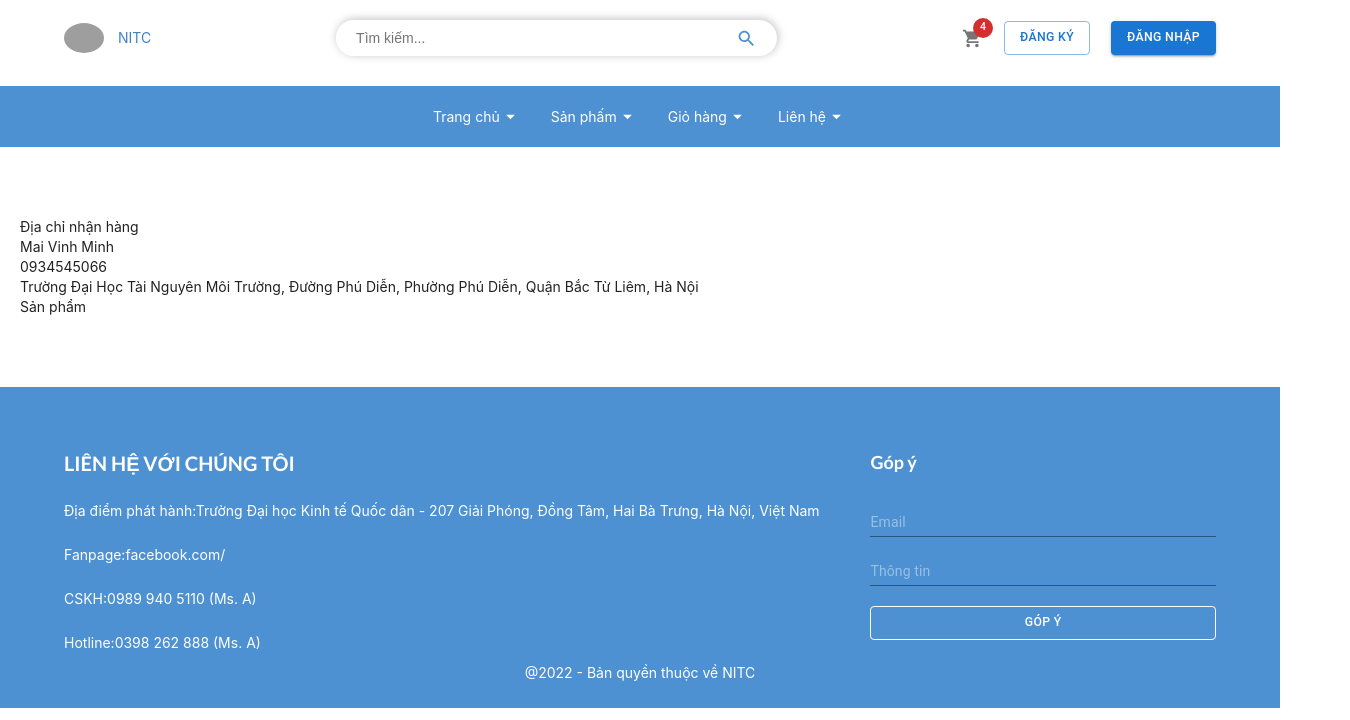
Repository: kohuyso/NEU-Market
Page: /payment (app in client/)
An editor plug-in stored every save of this project. The page is shown before and after the next save, followed by the edit.
The browser window is 1280 px wide. The page is 1300 px wide, then 1350 px, so the pictures cover 1350 px, including what lies to the right of the window. The pictures show the whole page.
Pictures or frames that could not be fetched are drawn as grey boxes. The project was rebuilt for these pictures with package versions that can differ from the ones it lists, and the page was loaded fresh each time. Also part of the build but not shown: client/src/components/Cart/Cart.css, client/src/components/Cart/Items.jsx, client/src/components/Cart/Carts.jsx, client/src/components/Cart/Cart.js, client/src/components/Home/Home.css, client/src/components/Item/Item.css, client/src/components/Item/Item.jsx, client/src/components/Home/HotDeals.jsx and 70 more.

Above is the page before, as saved 2023-02-11 17:18:27.

### client/src/index.js
import React from 'react';
import ReactDOM from 'react-dom/client';
import './index.css';
import App from './App';
import reportWebVitals from './reportWebVitals';
import { BrowserRouter } from "react-router-dom";
import store from './redux/store';
import { Provider } from 'react-redux'

const root = ReactDOM.createRoot(document.getElementById('root'));
root.render(
  <Provider store={store}>
    <BrowserRouter>
      <App />
    </BrowserRouter>
  </Provider>

);

reportWebVitals();

### client/src/index.css
* {
  font-family: system-ui, -apple-system, BlinkMacSystemFont, "Segoe UI", Roboto,
    Oxygen, Ubuntu, Cantarell, "Open Sans", "Helvetica Neue", sans-serif;
  box-sizing: border-box;
  margin: 0;
  font-family: -apple-system, BlinkMacSystemFont, "Segoe UI", "Roboto", "Oxygen",
    "Ubuntu", "Cantarell", "Fira Sans", "Droid Sans", "Helvetica Neue",
    sans-serif;
  -webkit-font-smoothing: antialiased;
  -moz-osx-font-smoothing: grayscale;
}

code {
  font-family: source-code-pro, Menlo, Monaco, Consolas, "Courier New",
    monospace;
}

:root {
  --main-color: #4d91d2;
}

a {
  text-decoration: none;
  color: var(--main-color);
}

ul {
  list-style: none;
}

img {
  width: 100%;
  height: 100%;
}

input {
  outline: none;
  border: none;
}

### client/src/App.js
import { Route, Switch } from "react-router-dom";
import "./App.css";
import Cart from "./components/Cart/Cart";
import Home from "./components/Home/Home";
import Login from "./components/Login/Login";
import Signup from "./components/Signup/Signup";
import Profile from "./components/Profile/Profile";
import SignupDetails from "./components/SingupDetails/SignupDetails";
import PrivateRoute from "./PrivateRoute";
import { AuthProvider } from "./contexts/AuthContext";
import EditProduct from "./components/editProduct/EditProduct";
import { Provider } from "react-redux";
import store from "./redux/store";
import Search from "./components/Search/Search";
import SellProduct from "./components/SellProduct/SellProduct";
import Shop from "./components/Shop/Shop";
import Payment from "./components/Payment/Payment";

function App() {
  return (
    <div className="App">
      <AuthProvider>
        <Provider store={store}>
          <Switch>
            <Route path="/login" component={Login} />
            <Route path="/signup" component={Signup} />
            <PrivateRoute exact path="/" component={Home} />
            <Route path="/search" component={Search} />
            <Route path="/product" component={EditProduct} />
            <Route path="/cart" component={Cart} />
            <Route path="/profile" component={Profile} />
            <Route path="/signup-details" component={SignupDetails} />
            <Route path="/sell" component={SellProduct} />
            <Route path="/shop" component={Shop} />
            <Route path="/payment" component={Payment} />
          </Switch>
        </Provider>
      </AuthProvider>
    </div>
  );
}

export default App;

### client/src/redux/store.js
import { configureStore } from "@reduxjs/toolkit";
import sliceReview from "../components/SellProduct/Body/DetalProduct/Review/ReviewComment/reviewCommentSlice";
import counterSlice from "../components/SellProduct/counter/counterSlice";
import cartSlice from "./reducers/cartSlice";
import productSlice from "./reducers/productSlice";
import userSlice from "./reducers/userSlice";

export default configureStore({
  reducer: {
    product: productSlice,
    user: userSlice,
    cart: cartSlice,
    counter: counterSlice,
    selectReview: sliceReview
  },
});

### client/src/contexts/AuthContext.js
import React, { useContext, useState, useEffect } from "react";
import { auth } from "../firebase";

const AuthContext = React.createContext();

export function useAuth() {
  return useContext(AuthContext);
}

export function AuthProvider({ children }) {
  const [currentUser, setCurrentUser] = useState();
  const [loading, setLoading] = useState(true);

  function signup(email, password) {
    return auth.createUserWithEmailAndPassword(email, password);
  }

  function login(email, password) {
    return auth.signInWithEmailAndPassword(email, password);
  }

  function logout() {
    return auth.signOut();
  }

  function resetPassword(email) {
    return auth.sendPasswordResetEmail(email);
  }

  function updateEmail(email) {
    return currentUser.updateEmail(email);
  }

  function reauthenticateWithCredential(user, credential) {
    return currentUser.reauthenticateWithCredential(user, credential);
  }

  function updatePassword(password) {
    return currentUser.updatePassword(password);
  }

  useEffect(() => {
    const unsubscribe = auth.onAuthStateChanged((user) => {
      setCurrentUser(user);
      setLoading(false);
    });

    return unsubscribe;
  }, []);

  const value = {
    currentUser,
    login,
    signup,
    logout,
    resetPassword,
    updateEmail,
    updatePassword,
    reauthenticateWithCredential
  };

  return (
    <AuthContext.Provider value={value}>
      {!loading && children}
    </AuthContext.Provider>
  );
}

### client/src/components/Payment/Payment.jsx
import React from 'react';
import "./Payment.css";
import Header from "../Header/Header";
import Footer from "../Footer/Footer";

export default function Payment() {
  return (
    <div className='payment-container'>
			<Header/>
			<div className='payment-wrapper'>
				<div className="address-item">
					<div className='address-item-title'>
						Địa chỉ nhận hàng
					</div>
					<div className="address-group">
						<div className="name">Mai Vinh Minh</div>
						<div className="phoneNumber">0934545066</div>
					</div>
					<div className="address-detail">Trường Đại Học Tài Nguyên Môi Trường, Đường Phú Diễn, Phường Phú Diễn, Quận Bắc Từ Liêm, Hà Nội</div>
				</div>

				<div className='payment-products'>
					<div className='payment-product-title'>
						Sản phẩm
					</div>
					<div className='payment-product'>
					</div>
					<div className='payment-product'></div>
				</div>
			</div>
			<Footer/>
    </div>
  )
}

### client/src/components/SellProduct/Body/DetalProduct/Review/ReviewComment/reviewCommentSlice.js
import { createSlice } from "@reduxjs/toolkit";

export const sliceReview = createSlice({
  name: "selectReview",
  initialState: {
    value: 0,
  },
  reducers: {
    allReview: (state) => {
      console.log(state);
      state.value = 0;
    },
    point5: (state) => {
      console.log(state);
      state.value = 5;
    },
    point4: (state) => {
      state.value = 4;
    },
    point3: (state) => {
      console.log(state);
      state.value = 3;
    },
    point2: (state) => {
      if (state.value > 1) {
        state.value = 2;
      }
    },
    point1: (state) => {
      console.log(state);
      state.value = 1;
    },
    isImage: (state) => {
      state.value = 6;
    },
  },
});

export const { point1, point2, point3, point4, point5, isImage, allReview } =
  sliceReview.actions;

export const selectReviewa = (state) => state.selectReview.value;

export default sliceReview.reducer;

### client/src/components/SellProduct/counter/counterSlice.js
import { createSlice } from "@reduxjs/toolkit";

export const slice = createSlice({
  name: "counter",
  initialState: {
    value: 1,
  },
  reducers: {
    increment: (state) => {
      console.log(state);
      state.value += 1;
    },
    decrement: (state) => {
      if (state.value > 1) {
        state.value -= 1;
      }
    },
  },
});

export const { increment, decrement } = slice.actions;

export const selectCount = (state) => state.counter.value;

export default slice.reducer;

### client/src/redux/reducers/cartSlice.js
import { createSlice } from "@reduxjs/toolkit";

const initialState = {
  list: [],
  total: 0,
};

export const cartSlice = createSlice({
  name: "cart",
  initialState,
  reducers: {
    addToCart: (state, action) => {
      // Check id
      const item = state.list.find((item, index)=> item.id === action.payload.id);
      if (item) {
        item.quantity += action.payload.quantity;
      }  else {
        state.list.push(action.payload)
      }

    },
    deleteItem: (state, action) => {
      // id
      state.list = state.list.filter(
        (item, index) => item.id !== action.payload.id
      );
    },
    increaseQuantity: (state, action) => {
      // id
      const item = state.list.find((item, index)=> item.id === action.payload.id);
      if (item) {
        item.quantity++;
      }
    },

    decreaseQuantity: (state, action) => {
      const item = state.list.find((item, index)=> item.id === action.payload.id);
      if (item.quantity === 1) {
        item.quantity = 1
      } else {
        item.quantity--;
      }
    },

    toggleItemActive: (state, action) => {
      // 1 item
      const item = state.list.find((item, index)=> item.id === action.payload.id);
      if (item) {
        item.active = !item.active;
      }
    },

    setAllActive: (state, action) => {
      // All item
      const list = state.list.map((item, index)=> ({
        ...item,
        active: true
      }))
      state.list = list;
    },

    setAllNotActive: (state, action) => {
      const list = state.list.map((item, index)=> ({
        ...item,
        active: false
      }))
      state.list = list;
    },

    calcTotal: (state, action) => {
      let total = 0;
      const list = state.list.filter((item, index) => item.active)
      list.forEach(element => {
        total += element.quantity * element.price;
      });

      state.total = total;
    }
  },
});

export const { addToCart, increaseQuantity, decreaseQuantity, deleteItem, toggleItemActive,
  setAllActive, setAllNotActive, calcTotal
} =  cartSlice.actions;

export const selectCart = (state) => state.cart.list;
export const selectTotalCart = (state) => state.cart.total;

export default cartSlice.reducer;

### client/src/redux/reducers/productSlice.js
import { createSlice } from '@reduxjs/toolkit';
import Storage from '../../tools/Storage';

export const productSlice = createSlice({
  name: 'product',
  initialState: {
    product: Storage.getData('product') ?? null
  },
  reducers: {
    addProduct: (state, action) => {
      Storage.setData('product', action.payload);
      state = { ...action.payload };
    },
  }
})

export const { addProduct } = productSlice.actions

export default productSlice.reducer

### client/src/redux/reducers/userSlice.js
import { createSlice } from '@reduxjs/toolkit';
import Storage from '../../tools/Storage';

export const userSlice = createSlice({
  name: 'user',
  initialState: {
    user: Storage.getData('user') ?? null
  },
  reducers: {
    addUser: (state, action) => {
      Storage.setData('user', action.payload);
      state = { ...action.payload };
    },
    removeUser: (state) => {
      Storage.removeData('user');
      state.user = null;
    },
    addAddress: (state, action) => {
      const user = Storage.getData('user');
      user.address.push(action.payload);
      Storage.setData('user', user);
      state = { ...user };
    }
  }
})

export const { addUser, removeUser, addAddress } = userSlice.actions

export default userSlice.reducer

### client/src/components/Header/Header.jsx
import React from "react";
import "./Header.css";
import { Badge, Button } from "@mui/material";
import ShoppingCartIcon from "@mui/icons-material/ShoppingCart";
import SearchIcon from "@mui/icons-material/Search";
import ArrowDropDownIcon from "@mui/icons-material/ArrowDropDown";

const Header = () => {
  return (
    <header className="header">
      <div className="header_top">
        <div className="header_logo">
          <img
            src="https://scontent.fhan2-1.fna.fbcdn.net/v/t39.30808-6/306140258_464597212382159_2245929625838983859_n.jpg?_nc_cat=106&ccb=1-7&_nc_sid=174925&_nc_ohc=RtrkM7sGT10AX88BgKu&_nc_ht=scontent.fhan2-1.fna&oh=00_AfBi6TilxVyrOeCFkT99bnKUr3m843CdPEVPrQ-5nVAswg&oe=637A0E63"
            alt=""
          />
          <a href="/">NITC</a>
        </div>
        <div className="header_search">
          <input type="text" placeholder="Tìm kiếm..." />
          <SearchIcon sx={{ color: "var(--main-color)" }} />
        </div>
        <div className="header_option">
          <Badge badgeContent={4} color="error">
            <ShoppingCartIcon color="action" />
          </Badge>
          <Button variant="outlined">Đăng ký</Button>
          <Button variant="contained">Đăng nhập</Button>
        </div>
      </div>
      <div className="header_bottom">
        <ul className="header_list_option">
          <li className="header_item_option">
            <a href="/">Trang chủ</a>
            <ArrowDropDownIcon />
          </li>
          <li className="header_item_option">
            <a href="/">Sản phấm</a>
            <ArrowDropDownIcon />
          </li>
          <li className="header_item_option">
            <a href="/">Giỏ hàng</a>
            <ArrowDropDownIcon />
          </li>
          <li className="header_item_option">
            <a href="/">Liên hệ</a>
            <ArrowDropDownIcon />
          </li>
        </ul>
      </div>
    </header>
  );
};

export default Header;

### client/src/components/Footer/Footer.jsx
import React from "react";
import "./Footer.css";
import { Button, Input } from "@mui/material";

const Footer = () => {
  return (
    <footer className="footer">
      <div className="footer_top">
        <div className="footer_place">
          <h3>LIÊN HỆ VỚI CHÚNG TÔI</h3>
          <p>
            <span>Địa điểm phát hành:</span>
            Trường Đại học Kinh tế Quốc dân - 207 Giải Phóng, Đồng Tâm, Hai Bà
            Trưng, Hà Nội, Việt Nam
          </p>
          <p>
            <span>Fanpage:</span>
            facebook.com/
          </p>
          <p>
            <span>CSKH:</span>
            0989 940 5110 (Ms. A)
          </p>
          <p>
            <span>Hotline:</span>
            0398 262 888 (Ms. A)
          </p>
        </div>
        <div className="footer_contact">
          <h3>Góp ý</h3>
          <Input placeholder="Email" />
          <Input placeholder="Thông tin" />
          <Button variant="outlined">Góp ý</Button>
        </div>
      </div>
      <div className="footer_bottom">
        <p className="footer_copyright">@2022 - Bản quyền thuộc về NITC</p>
      </div>
    </footer>
  );
};

export default Footer;

### client/src/firebase.js
import firebase from "firebase/compat/app";
import "firebase/compat/auth";

const app = firebase.initializeApp({
    apiKey: "AIzaSyAS7F1rSRnwXT7Ymv-TBV8PNClnqo-98xA",
    authDomain: "auth-neu-market.firebaseapp.com",
    projectId: "auth-neu-market",
    storageBucket: "auth-neu-market.appspot.com",
    messagingSenderId: "766666736547",
    appId: "1:766666736547:web:e31acc11be94a942591016"
})

export default app;
export const auth = app.auth()

### client/src/components/Payment/Payment.css
.payment-container {
    width: 100%;
    display: flex;
    flex-direction: column;
}
.payment-container .payment-wrapper {
    width: 100%;
    display: flex;
    flex-direction: column;
    margin: 70px 20px;
}

### client/src/tools/Storage.js
const getData = (key) => {
	try {
		const item = localStorage.getItem(key);
		return item ? JSON.parse(item) : null;
	} catch (error) {
		return null;
	}
};

const setData = (key, value) => {
	try {
		if (value) {
			localStorage.setItem(key, JSON.stringify(value));
			return true;
		}
		return false;
	} catch (error) {
		return false;
	}
};

const removeData = (key) => {
	try {
		localStorage.removeItem(key);
		return true;
	} catch (error) {
		return false;
	}
};

const Storage = {
	getData,
	setData,
	removeData,
};

export default Storage;

### client/src/components/Header/Header.css
.header {
  /* position: fixed; */
  width: 100%;
  display: flex;
  flex-direction: column;
  gap: 30px;

  background-color: #fff;
}

.header_top {
  width: 100%;
  display: flex;
  padding: 20px 5% 0 5%;
  align-items: center;
  justify-content: space-between;
}

.header_logo {
  display: flex;
  align-items: center;
  gap: 1rem;
}

.header_logo span {
  font-size: 30px;
  font-weight: bold;
}

.header_logo img {
  width: 40px;
  border-radius: 50%;
}

.header_search {
  padding-right: 20px;
  display: flex;
  align-items: center;
  justify-content: space-between;
  border-radius: 40px;
  background-color: white;
  overflow: hidden;
  box-shadow: 1px -1px 9px rgba(0, 0, 0, 0.25);
}

.header_search input {
  padding: 10px 20px;
  width: 400px;
}

.header_option {
  display: flex;
  align-items: center;
  gap: 1.5rem;
}

.header_bottom {
  display: flex;
  align-items: center;
  justify-content: center;
  background-color: var(--main-color);
}

.header_list_option {
  padding: 20px 5%;
  display: flex;
  align-items: center;
  gap: 30px;
}

.header_list_option a,
.header_item_option {
  color: white;
}

.header_item_option {
  display: flex;
  align-items: center;
}

### client/src/components/Footer/Footer.css
.footer {
  padding: 5% 5% 2% 5%;
  background-color: var(--main-color);
  display: flex;
  flex-direction: column;
  color: white;
  gap: 10px;
  width: 100%;
}

.footer_top {
  display: flex;
  gap: 20px;
  justify-content: space-between;
}

.footer_place {
  display: flex;
  flex-direction: column;
  gap: 10px;
}

.footer_place h3 {
  font-size: 20px;
}

.footer_contact {
  width: 30%;
  display: flex;
  flex-direction: column;
  gap: 20px;
}

.footer_contact input {
  color: white;
}

.footer_contact button {
  border-color: white;
  color: white;
}

.footer_copyright {
  text-align: center;
}

Loaded but not shown: client/public/index.html (common file); client/src/reportWebVitals.js (common file); client/src/App.css (common file); client/src/components/Shop/ShopBody/ShopBody.css (no stored copy; drawn as an empty file)

After the next save:
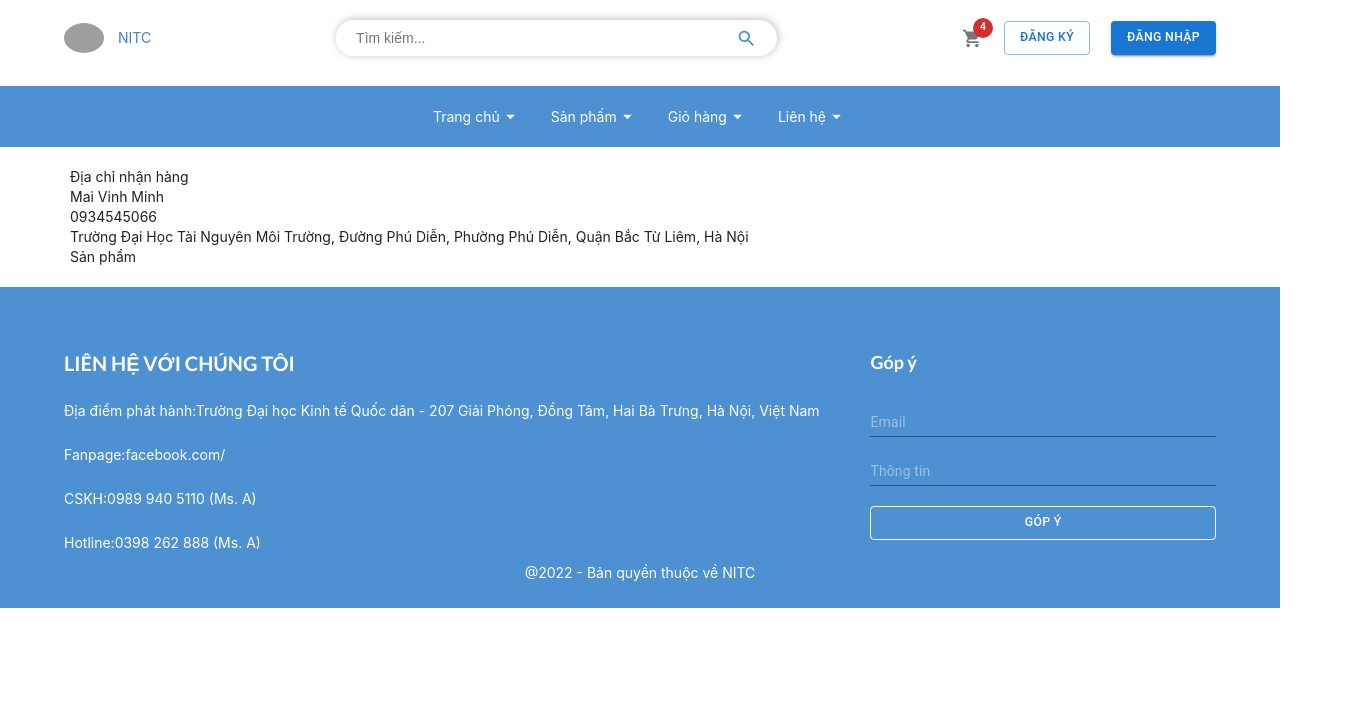
Saved 11 s later.
--- a/client/src/components/Payment/Payment.css
+++ b/client/src/components/Payment/Payment.css
@@ -7,5 +7,5 @@
     width: 100%;
     display: flex;
     flex-direction: column;
-    margin: 70px 20px;
+    margin: 20px 70px;
 }
